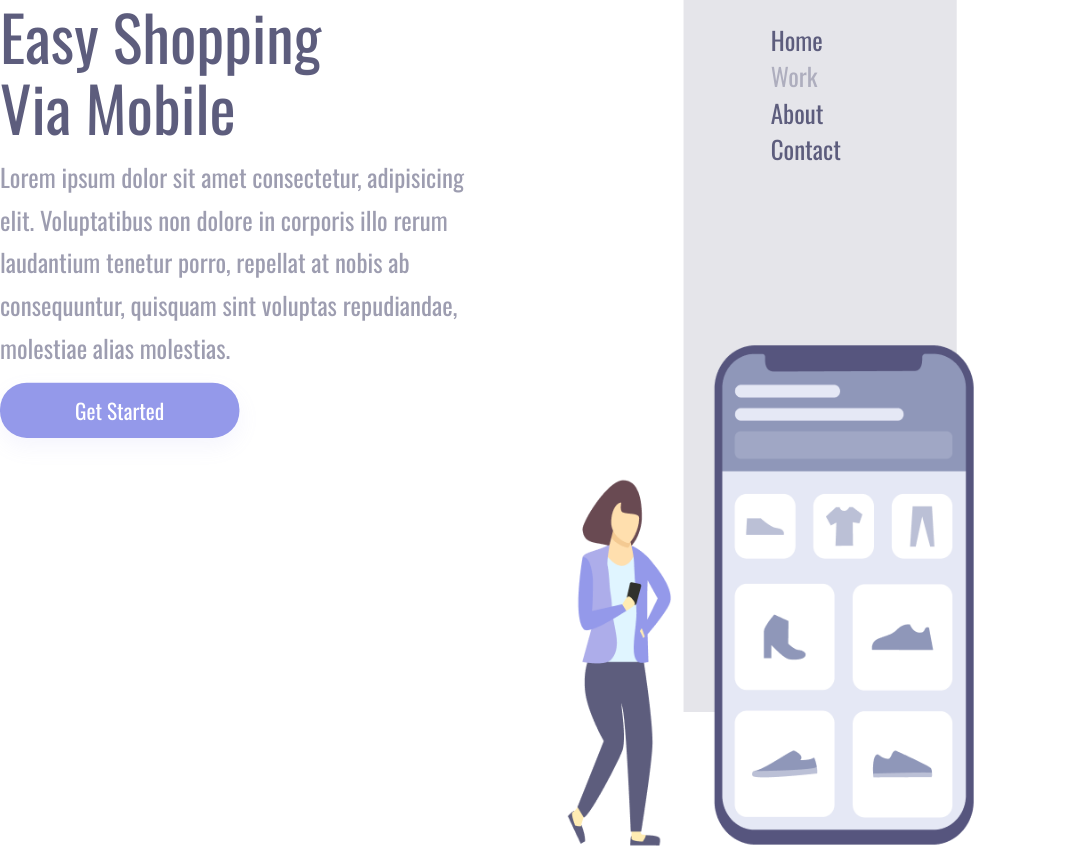
Repository: DihOliver/Projeto-Responsivo
Page: index.html
An editor plug-in stored every save of this project. The page is shown before and after the next save, followed by the edit.
The browser window is 768 px wide. The page is 1224 px wide, then 768 px, so the pictures cover 1224 px, including what lies to the right of the window. The pictures show the whole page, at 89% of full size.
Some web fonts or font styles are not loaded; a fallback is used.

Above is the page before, as saved 2023-06-14 18:10:29.

### index.html
<!DOCTYPE html>
<html lang="en">
  <head>
    <meta charset="UTF-8" />
    <meta http-equiv="X-UA-Compatible" content="IE=edge" />
    <meta name="viewport" content="width=device-width, initial-scale=1.0" />
    <link rel="stylesheet" href="./styles.css" />
    <link rel="preconnect" href="https://fonts.googleapis.com" />
    <link rel="preconnect" href="https://fonts.gstatic.com" crossorigin />
    <link
      href="https://fonts.googleapis.com/css2?family=Montserrat:ital,wght@0,500;0,600;0,700;0,900;1,400&family=Oswald&family=Poppins:wght@400;500;700&family=Roboto:wght@400;500;700&family=Tilt+Prism&display=swap"
      rel="stylesheet"
    />
    <title>Css - Responsividade</title>
  </head>
  <body>
    <div class="wrapper">
      <section class="container-left">
        <h1>Easy Shopping Via Mobile</h1>
        <p>
          Lorem ipsum dolor sit amet consectetur, adipisicing elit. Voluptatibus
          non dolore in corporis illo rerum laudantium tenetur porro, repellat
          at nobis ab consequuntur, quisquam sint voluptas repudiandae,
          molestiae alias molestias.
        </p>
        <button>Get Started</button>
      </section>
      <section class="container-rigth">
        <header>
          <a>Home</a>
          <a>Work</a>
          <a>About</a>
          <a>Contact</a>
        </header>
        <img alt="Girl=cellphone.png" src="./img/girl-cellphone.png" />
      </section>
    </div>
  </body>
</html>

### styles.css
*{
    margin: 0;
    padding: 0;
    box-sizing: border-box;
    font-family: 'Oswald', sans-serif;
    font-weight: 400;
}

.wrapper {
    height: 100vh;
    width: 100vw;

}

.container-left {
    display: inline-block;
    width: 60%;
    padding: 136px;
    margin-top: 25%;


}


.container-rigth {
    display: inline-block;
    background-color: rgba(93,93,125,0.16);
    height: 100vh;
    position: absolute;
    width: 540px;
    width: 40%;


}

img {
    position: relative;
    top: 25%;
    right: 130px;
}

h1 {
    font-weight: 0px;
    font-size: 70px;
    line-height: 80px;
    color: #5D5D7D;
    width: 368px;
    height: 160px;
    width: 368px;


}

p {
    font-size: 28px;
    line-height: 48px;
    color: #5D5D7D;
    opacity: 0.6;
    margin: 15px 0;
    width: 540px;

}

button {
    width: 269px;
    height: 62px;
    background: #9499EA;
    font-size: 24px;
    line-height: 36px;
    text-align: center;
    box-shadow: 0px 10px 24px rgba(148, 153, 234, 0.0979959);
    color: #FFFFFF;
    border: none;
    border-radius: 30px;
    cursor: pointer;
    }

    button:hover {
        opacity: .8;
    }

    button:active {
        opacity: .5;
    }

    a {
        font-size: 28px;
        line-height: 41px;
        color: #5D5D7D;
        margin: 41px;
        cursor: pointer;
    }

    a:nth-child(2) {
        opacity: 0.4;

    }

    a:hover {
        opacity: 0.4;
    }

    a:active {
        opacity: 0.8;
    }

    header {
        margin: 24px 0 0 57px;
    }

    @media screen and (max-width: 900px) {
        .container-left {
            width: 100%;
            height: 50%;
            padding: 0;
            margin: 0;
        }

    }

After the next save:
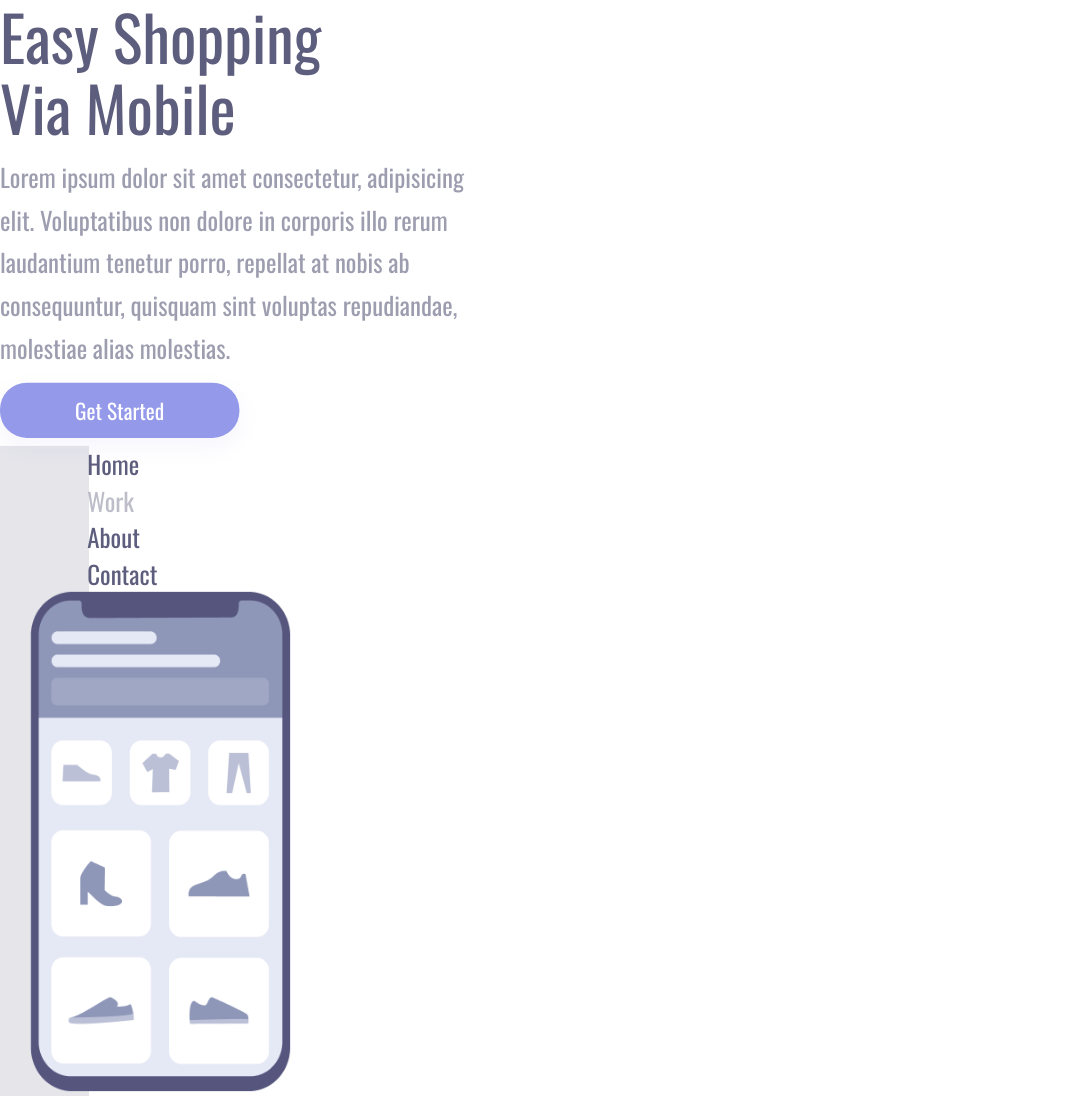
Saved 16 min 48 s later.
--- a/styles.css
+++ b/styles.css
@@ -116,4 +116,10 @@ button {
             margin: 0;
         }
 
+        .container-rigth {
+            display: block;
+            height: auto;
+            width: 100px;
+            position: static;
+        }
     }
